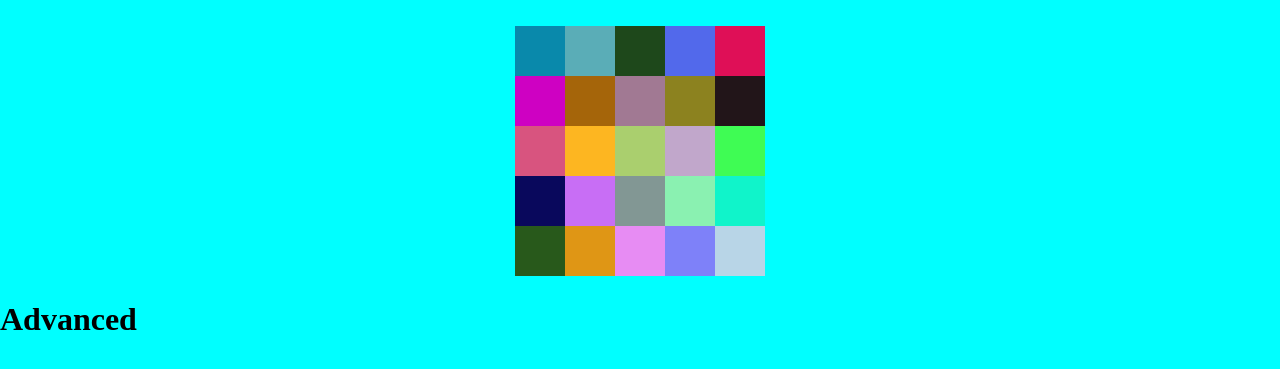
Repository: batonAnton/cursor_hw_10
Page: index.html
These files come from the project's save history. The page is drawn as it stood at one moment and after the next save; the edit follows.
The browser window is 1280 px wide. The pictures show the whole page.

Above is the page before, as saved 2023-01-31 14:38:20.

### index.html
<!DOCTYPE html>
<html lang="en">
<head>
    <meta charset="UTF-8">
    <meta http-equiv="X-UA-Compatible" content="IE=edge">
    <meta name="viewport" content="width=device-width, initial-scale=1.0">
    <title>DOM</title>
    <link rel="stylesheet" href="./css/style.css">
</head>
<body>
        <div id="container">
            </div>



    <script src="/index.js"></script>
</body>
</html>

### css/style.css

* {
    margin: 0;
    padding: 0;
}

body {
    background-color: aqua;
    /* text-align: center; */

}

#container, .container  {
    width: 250px;
    height: 250px;
    margin: 2% auto;
    display: flex;
    flex-wrap: wrap;

}

.block {
    width: 50px;
    height: 50px;
 }

### index.js
const container = document.getElementById(".container");

function generateBlocks(){


        const container = document.getElementById('container');
        for (let i = 0; i < 25; i++) {
            const block = document.createElement('div');
            block.classList.add('block');
         setInterval(() => block.style.backgroundColor = '#' + Math.random().toString(16).slice(-6),1000) ;

         container.appendChild(block);


        }
}
// let h1 = h1.innerHtml;
generateBlocks();

const advancedText = document.createElement("h1");
advancedText.innerHTML = "Advanced";
document.body.append(advancedText);
advancedText.style.position = "center";

After the next save:
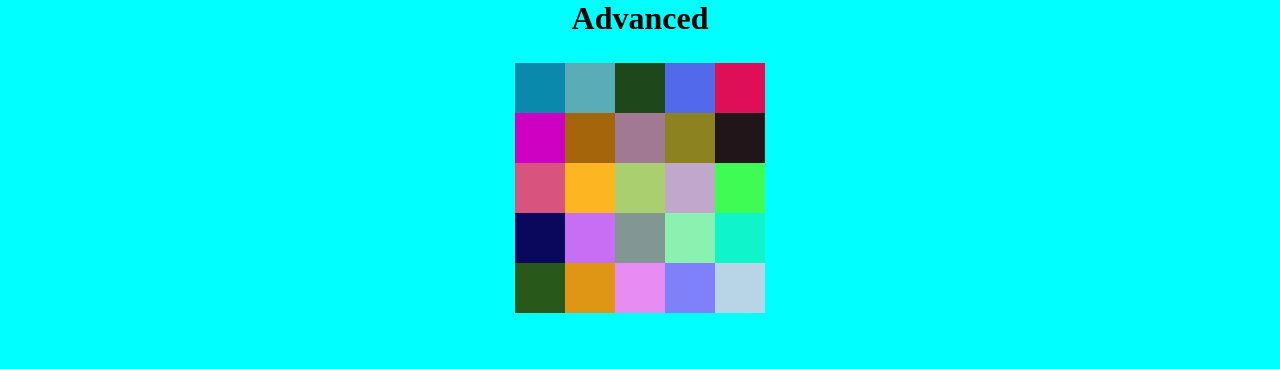
Saved 5 min 22 s later.
--- a/index.js
+++ b/index.js
@@ -14,10 +14,9 @@ function generateBlocks(){
 
         }
 }
-// let h1 = h1.innerHtml;
 generateBlocks();
 
 const advancedText = document.createElement("h1");
 advancedText.innerHTML = "Advanced";
-document.body.append(advancedText);
-advancedText.style.position = "center";
+document.body.prepend(advancedText);
+advancedText.style.textAlign = "center";
